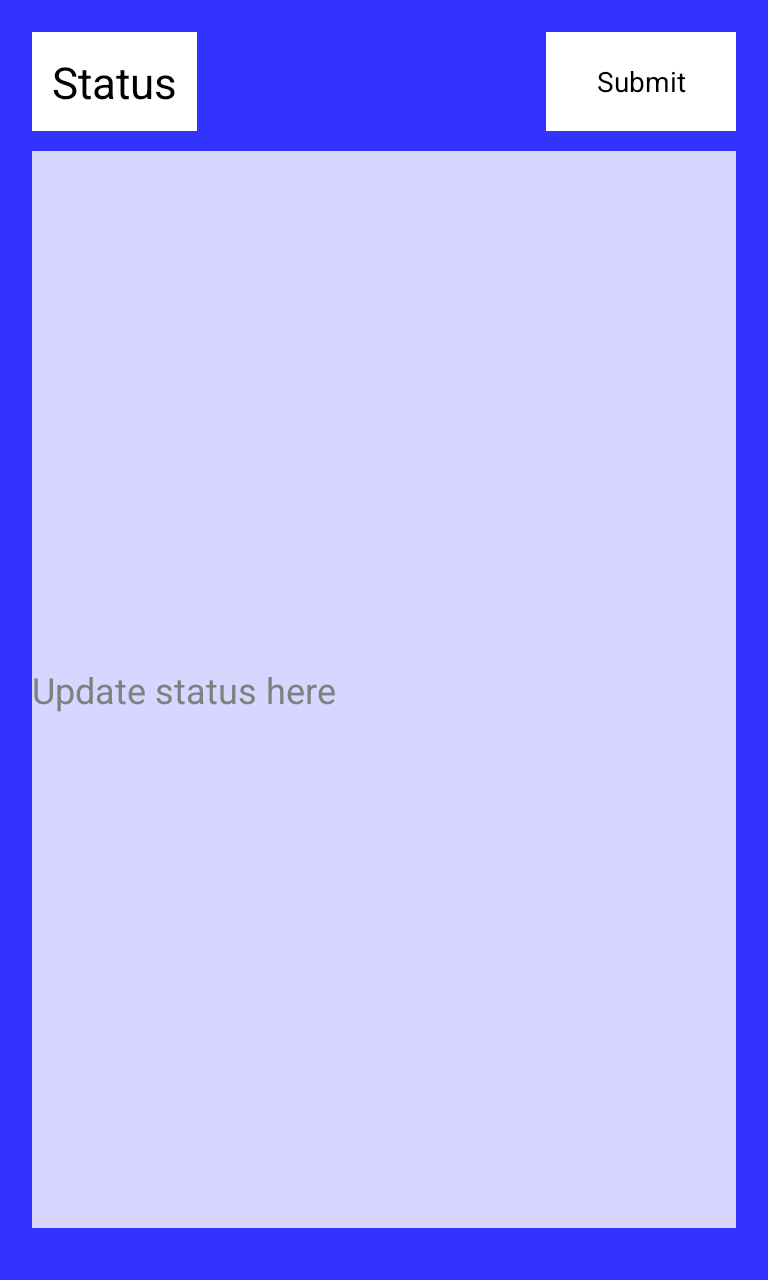
Repository: vamsiampolu/androidworkspace
Layout: YambaProject/res/layout/activity_main.xml
The author's editor kept a copy of each file at every save. The layout is drawn from the files as they stood at one save, then again after the next save.
It is drawn on a 768 x 1280 px phone screen (xhdpi) without system bars, with theme android:Theme.Light; the app's code is not run.

Above is the layout before, as saved 2013-05-09 09:17:35.

After the next save:
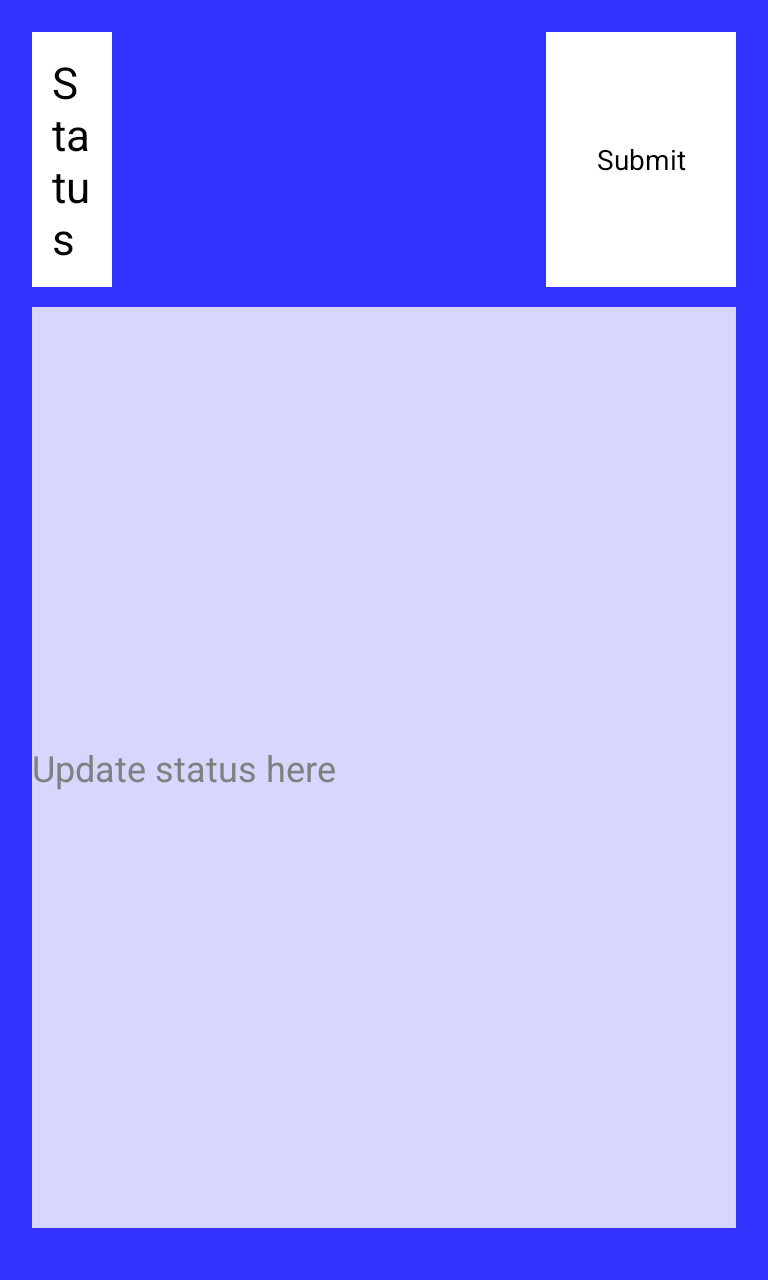
Saved 7 min 21 s later.
--- a/YambaProject/res/values/my_style.xml
+++ b/YambaProject/res/values/my_style.xml
@@ -2,7 +2,7 @@
 <resources xmlns:android="http://schemas.android.com/apk/res/android">
 
     <style name="txt_style">
-        <item name="android:layout_width">wrap_content</item>
+        <item name="android:layout_width">40</item>
         <item name="android:layout_height">wrap_content</item>
         <item name="android:background">#FFF</item>
         <item name="android:padding">10dp</item>
